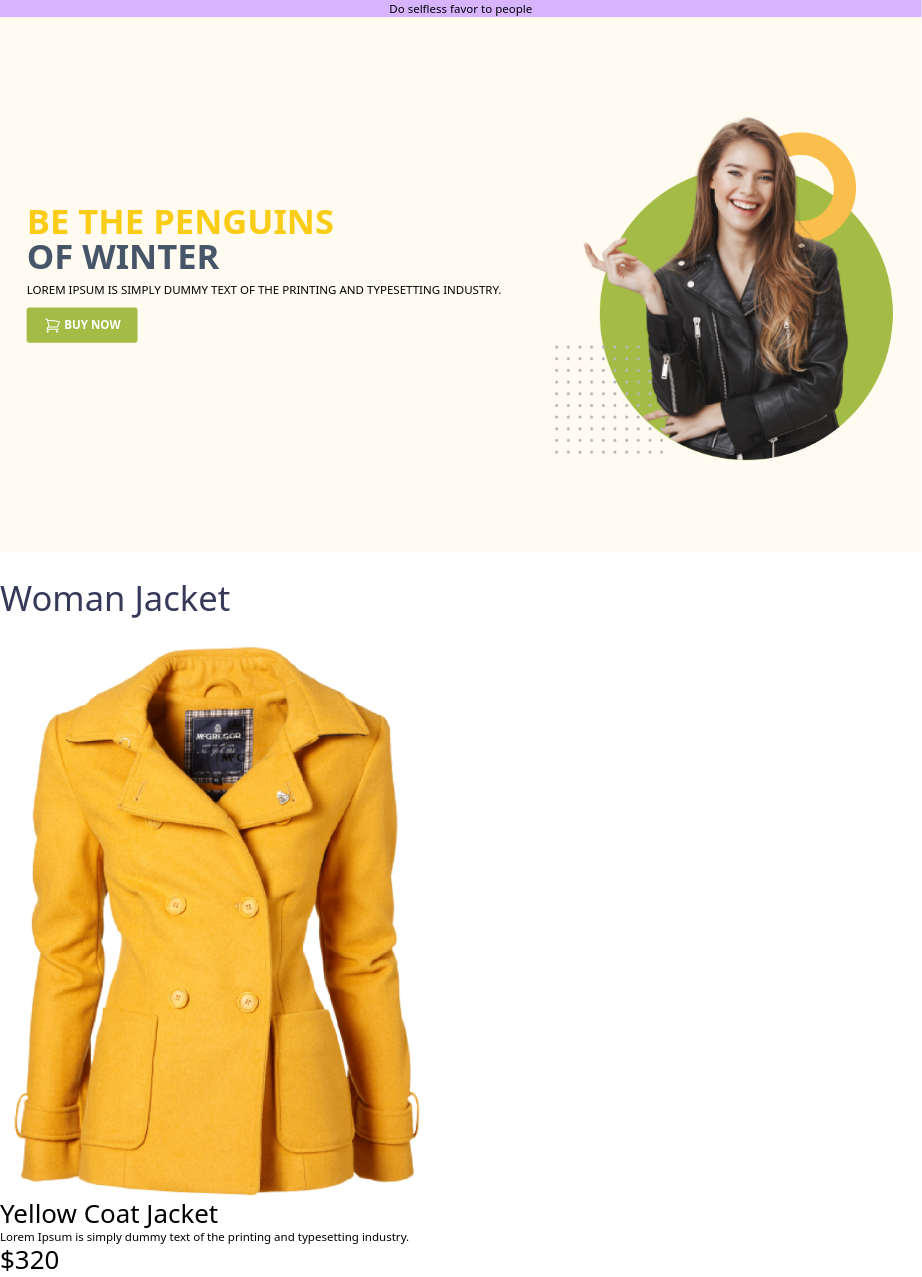
Repository: zjria/penguin-e-commerce-fashion
Page: index.html
These files come from the project's save history. The page is drawn as it stood at one moment and after the next save; the edit follows.
The browser window is 1280 px wide. The pictures show the whole page, at 72% of full size.
Some web libraries are served in a nearby version.

Above is the page before, as saved 2022-10-07 07:14:29.

### index.html
<!DOCTYPE html>
<html lang="en">

<head>
    <meta charset="UTF-8">
    <meta http-equiv="X-UA-Compatible" content="IE=edge">
    <meta name="viewport" content="width=device-width, initial-scale=1.0">
    <title>Penguin E-commerce</title>
    <!-- Google Fonts Link -->
    <link rel="preconnect" href="https://fonts.googleapis.com">
    <link rel="preconnect" href="https://fonts.gstatic.com" crossorigin>
    <link href="https://fonts.googleapis.com/css2?family=Bebas+Neue&family=Roboto:wght@100;300;400;500&display=swap"
        rel="stylesheet">

    <!-- Tailwind CSS CDN link -->
    <script src="https://cdn.tailwindcss.com"></script>
    <script>
        tailwind.config = {
            theme: {
                extend: {
                    colors: {
                        clifford: '#da373d',
                        header_bg: '#FFFBF0',
                        main_text_color: '#363958'
                    }
                }
            }
        }
    </script>
</head>

<body>
    <h2 class="bg-purple-300 text-center font-header_text">Do selfless favor to people</h2>


    <!-- Header Section -->
    <header class="bg-header_bg pb-32 pt-24">
        <section class="container mx-auto uppercase sm:flex items-center justify-around">
            <div class="space-y-3">
                <h1 class="text-2xl sm:text-5xl font-bold font-header_text">
                    <span class="text-yellow-400">Be the Penguins</span> <br>
                    <span class="text-slate-600">of Winter</span>
                </h1>
                <p class="font-anther_text">Lorem Ipsum is simply dummy text of the printing
                    and typesetting industry.</p>
                <button class="uppercase bg-[#A4BC46] py-3 px-6 text-white font-semibold rounded font-anther_text"> <svg
                        xmlns="http://www.w3.org/2000/svg" fill="none" viewBox="0 0 24 24" stroke-width="1.5"
                        stroke="currentColor" class="w-6 h-6 inline text-white">
                        <path stroke-linecap="round" stroke-linejoin="round"
                            d="M2.25 3h1.386c.51 0 .955.343 1.087.835l.383 1.437M7.5 14.25a3 3 0 00-3 3h15.75m-12.75-3h11.218c1.121-2.3 2.1-4.684 2.924-7.138a60.114 60.114 0 00-16.536-1.84M7.5 14.25L5.106 5.272M6 20.25a.75.75 0 11-1.5 0 .75.75 0 011.5 0zm12.75 0a.75.75 0 11-1.5 0 .75.75 0 011.5 0z" />
                    </svg>
                    Buy Now</button>
            </div>
            <div class="pt-8 sm:pt-8">
                <img class=" w-1/2 sm:w-full" src="images/model.png" alt="">
            </div>
        </section>
    </header>

    <!-- Main Section Start -->
    <main>
        <section class="container mx-auto">
            <h2 class="text-5xl my-10 text-main_text_color font-header_text">Woman Jacket</h2>
            <div class="grid-cols-3">
                <div class="card-information">
                    <img src="images/jacket-1.png" alt="">
                    <h3 class="text-4xl">Yellow Coat Jacket</h3>
                    <p>Lorem Ipsum is simply dummy text of the
                        printing and typesetting industry.</p>
                    <div class="price_button">
                        <h3 class="text-4xl ">$320</h3>
                    </div>
                </div>
            </div>
        </section>
    </main>

</body>

</html>

After the next save:
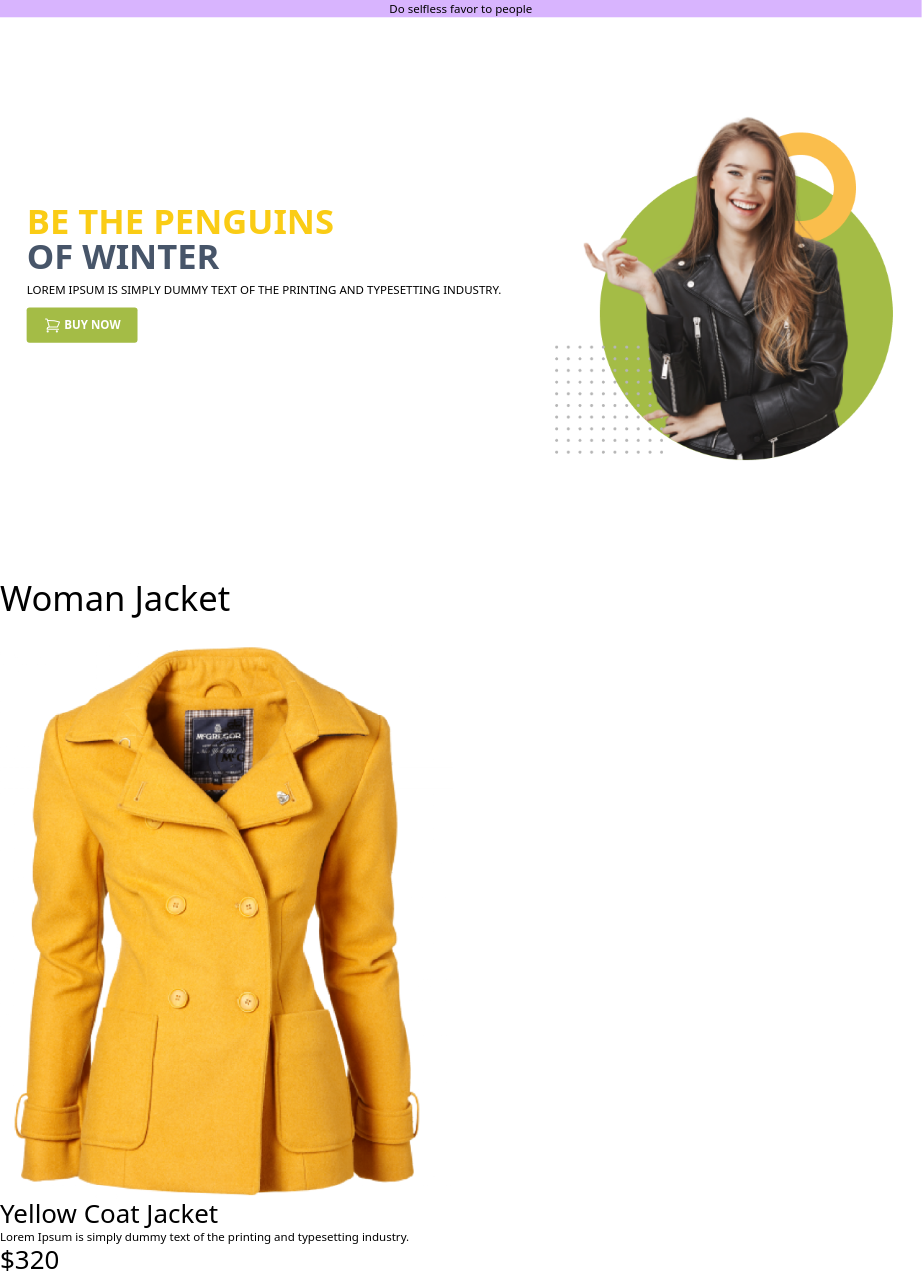
Console error: SyntaxError: Unexpected token '}'
Saved 21 s later.
--- a/index.html
+++ b/index.html
@@ -21,7 +21,8 @@
                     colors: {
                         clifford: '#da373d',
                         header_bg: '#FFFBF0',
-                        main_text_color: '#363958'
+                        main_text_color: '#363958',
+                        price_color:
                     }
                 }
             }

After the save that followed:
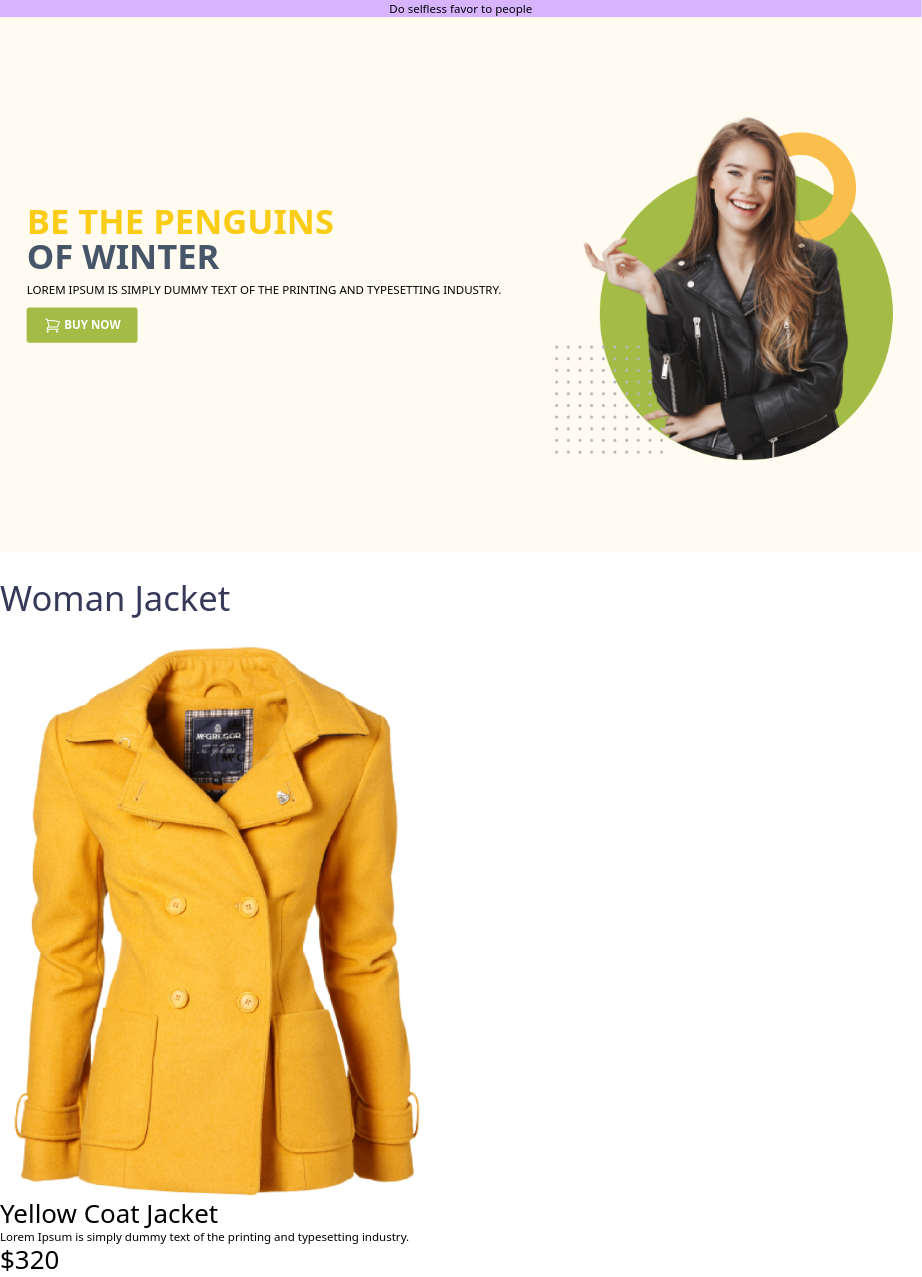
The error is gone.
Saved 24 s later.
--- a/index.html
+++ b/index.html
@@ -22,7 +22,7 @@
                         clifford: '#da373d',
                         header_bg: '#FFFBF0',
                         main_text_color: '#363958',
-                        price_color:
+                        price_color: '#FABE4C',
                     }
                 }
             }
